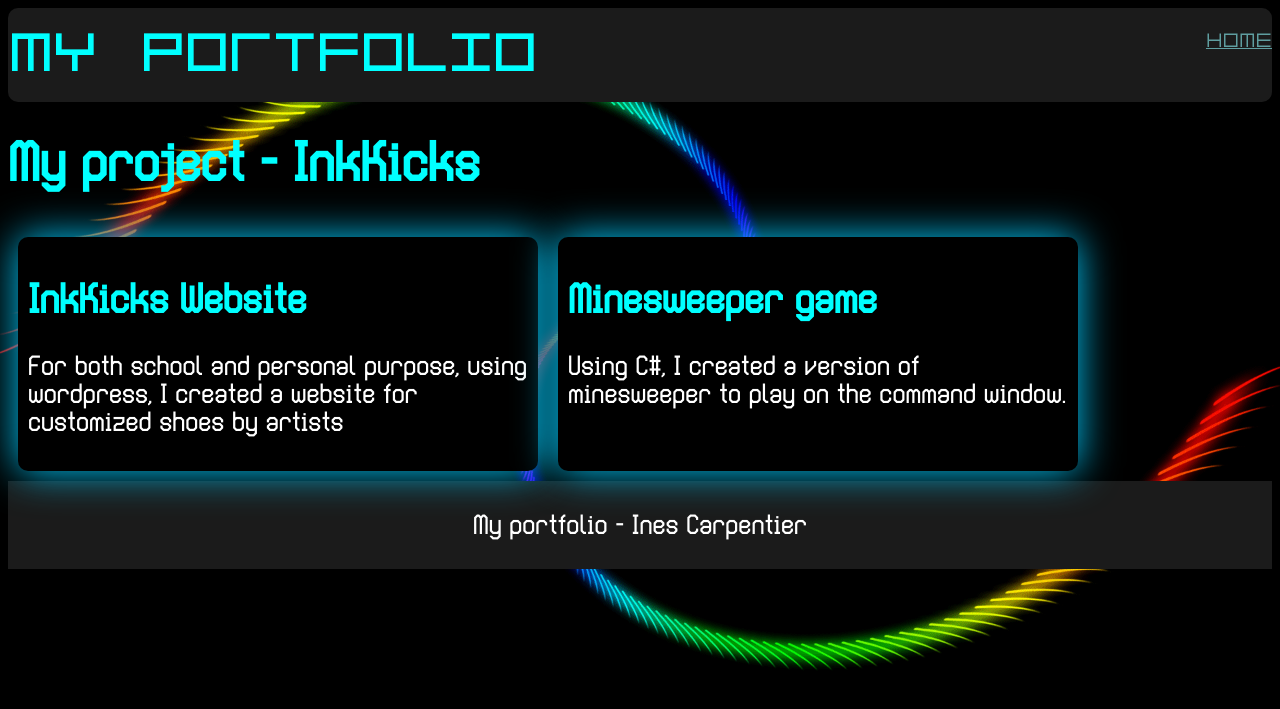
Repository: InsCarp/InsCarp
Page: InkKicks.html
An editor plug-in stored every save of this project. The page is shown before and after the next save, followed by the edit.
The browser window is 1280 px wide. The pictures show the whole page.

Above is the page before, as saved 2026-05-13 22:08:52.

After the next save:
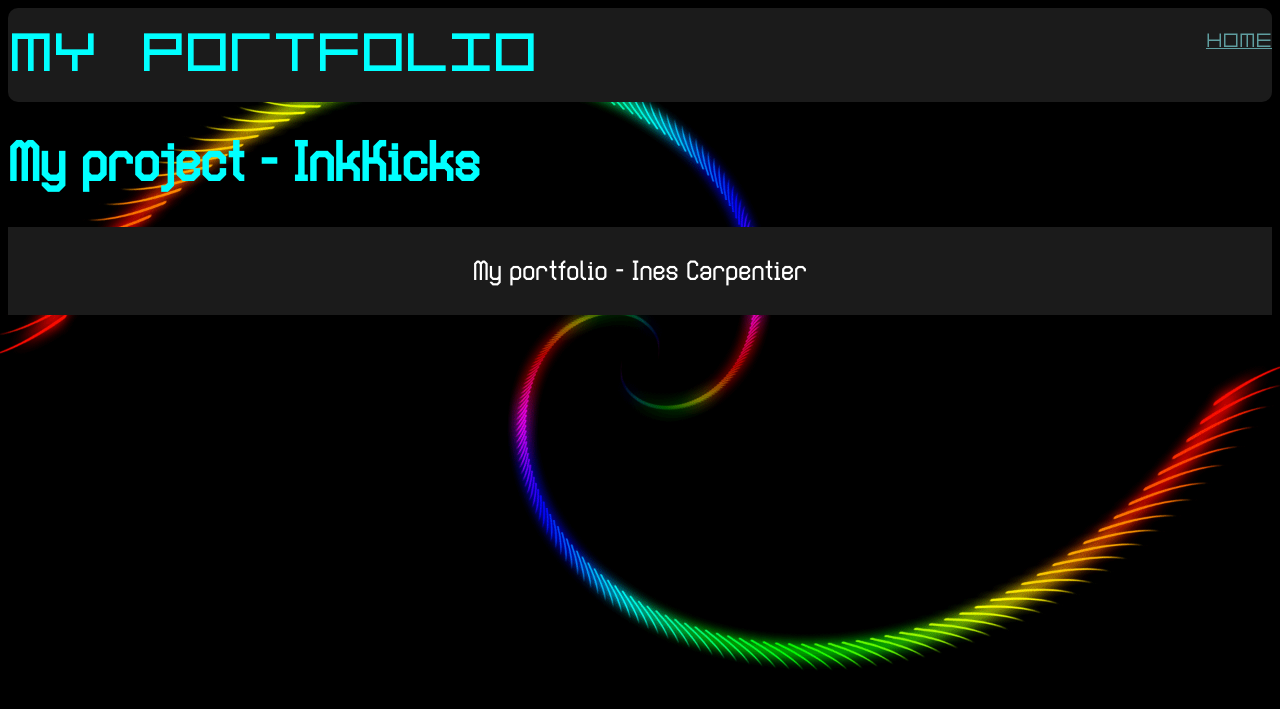
Saved 63 s later.
--- a/InkKicks.html
+++ b/InkKicks.html
@@ -18,21 +18,7 @@
 </header>
 <body>
     <h1>My project - InkKicks</h1>
-    <aside>
-        <article id="web">
-            <a href="https://inkkicks.wordpress.com/" target="blank">
-            </a>
-            <h2>InkKicks Website</h2>
-             <p>For both school and personal purpose, using wordpress, I created a website for customized shoes by artists</p>
-        </article>
-        <article id="csharp">
-            <a href="/minesweeper.html" target="myproject">
-            </a>
-            <h2>Minesweeper game</h2>
-            <p>Using C#, I created a version of minesweeper to play on the command window.</p>
 
-        </article>
-    </aside>
 </body>
 <footer>
     <p>My portfolio - Ines Carpentier</p>
